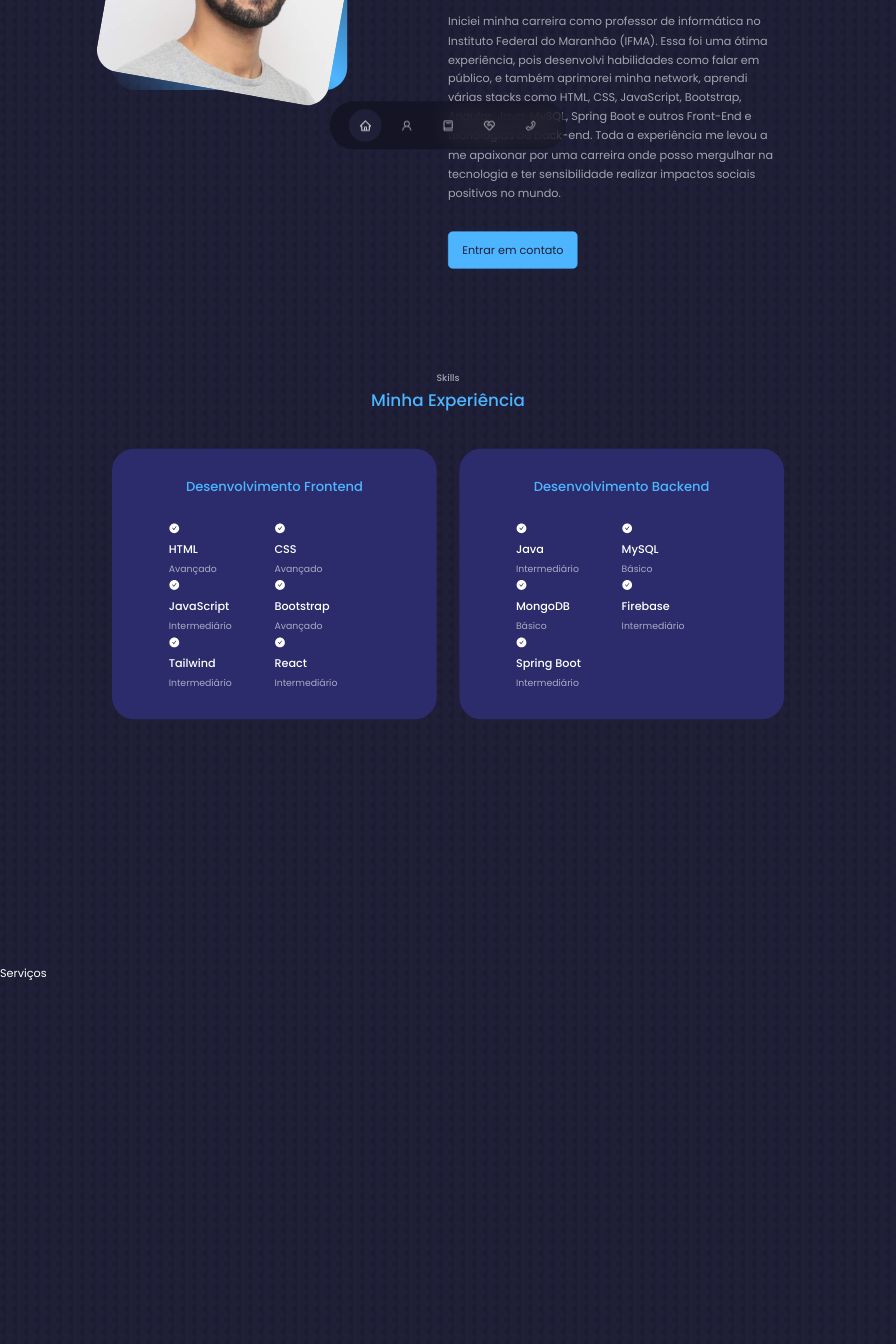
Repository: Mardoqueu/react-portfolio-website
Page: /
The author's editor kept a copy of each file at every save. The page is drawn from the files as they stood at one save, then again after a run of saves.
The browser window is 1280 px wide. The pictures show the part of the page from y = 474 to 2394 px (the page is 5142 px tall), at 70% of full size.
The project was rebuilt for these pictures with package versions that can differ from the ones it lists, and the page was loaded fresh each time. Also part of the build but not shown: src/components/header/header.css, src/components/services/services.css, src/components/portfolio/portfolio.css, src/components/testimonials/testimonials.css, src/components/contact/contact.css, src/components/footer/footer.css.

Above is the page before, as saved 2022-10-23 10:16:48.

After the next 2 saves:
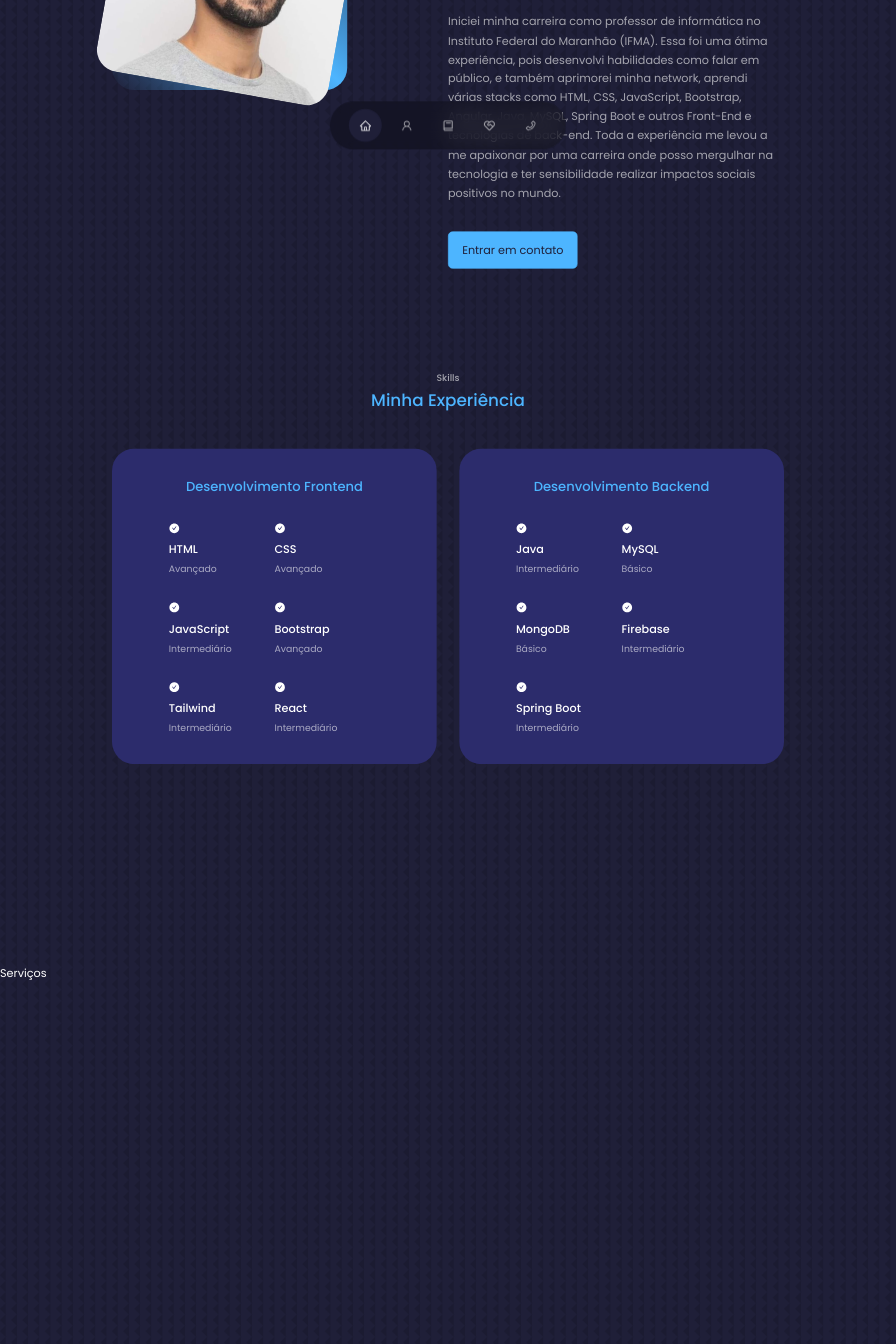
The 2 saves are shown as one change because they came seconds apart.
The last was saved 25 s later.
--- a/src/components/experience/experience.css
+++ b/src/components/experience/experience.css
@@ -27,4 +27,5 @@
 .experience__content{
     display: grid;
     grid-template-columns: 1fr 1fr;
+    row-gap: 2rem;
 }
